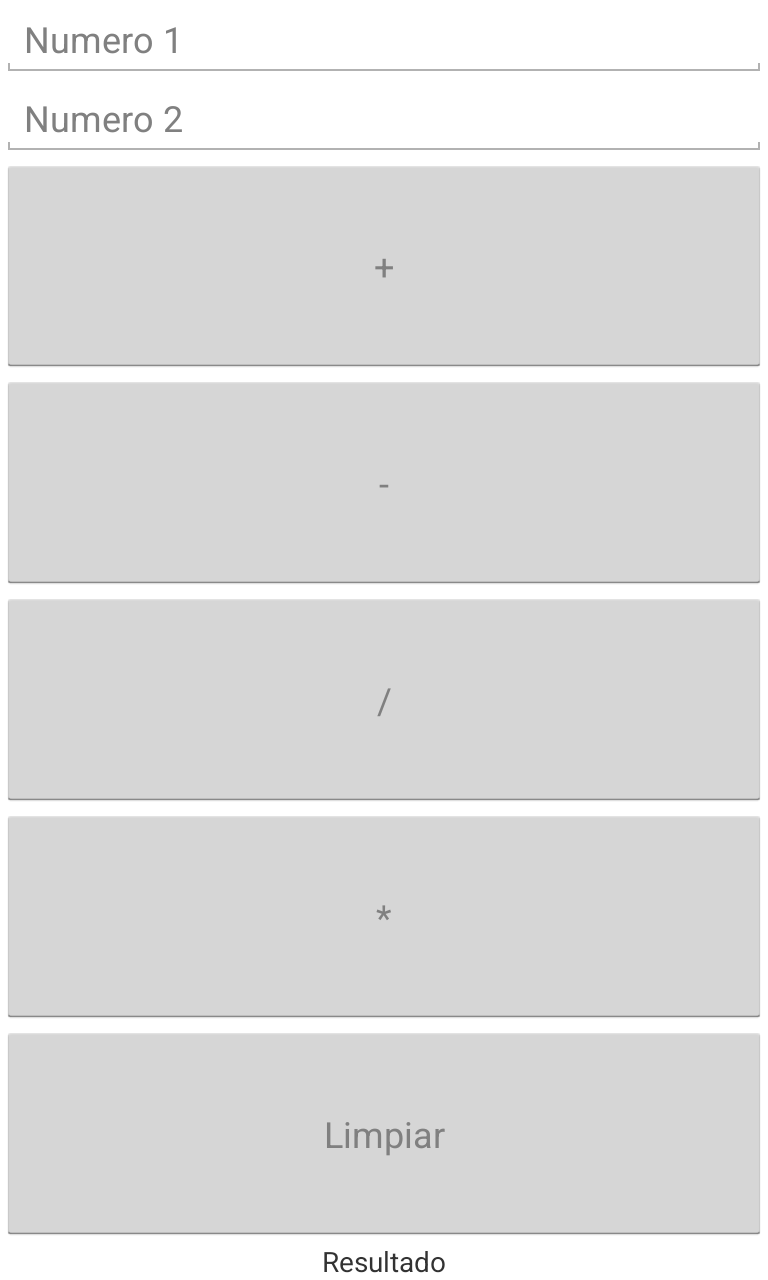
Repository: JonaBogard/ECP3
Layout: Calculadora/Calculadora/res/layout/activity_main.xml
The author's editor kept a copy of each file at every save. The layout is drawn from the files as they stood at one save, then again after the next save.
It is drawn on a 768 x 1280 px phone screen (xhdpi) without system bars, with theme AppTheme; the app's code is not run.

Above is the layout before, as saved 2023-05-16 17:41:34.

### Calculadora/Calculadora/res/layout/activity_main.xml
<LinearLayout xmlns:android="http://schemas.android.com/apk/res/android"
    xmlns:tools="http://schemas.android.com/tools"
    android:layout_width="match_parent"
    android:layout_height="match_parent"
    android:orientation="vertical" >

<EditText
 android:id="@+id/na"
 android:layout_width="match_parent"
 android:layout_height="wrap_content"
 android:hint="Numero 1"/>

 <EditText
 android:id="@+id/nb"
 android:layout_width="match_parent"
 android:layout_height="wrap_content"
 android:hint="Numero 2"/>

 <LinearLayout
 android:layout_width="match_parent"
 android:layout_height="match_parent"
 android:orientation="vertical">

 <Button
 android:id="@+id/suma"
 android:onClick="suma"
 android:layout_width="match_parent"
 android:layout_height="wrap_content"
 android:layout_weight="1"
 android:hint="+" />
 <Button
 android:id="@+id/resta"
 android:onClick="resta"
 android:layout_width="match_parent"
 android:layout_height="wrap_content"
 android:layout_weight="1"
 android:hint="-" />

 <Button
 android:id="@+id/division"
 android:onClick="division"
 android:layout_width="match_parent"
 android:layout_height="wrap_content"
 android:layout_weight="1"
 android:hint="/" />

 <Button
 android:id="@+id/multiplicacion"
 android:onClick="multiplicacion"
 android:layout_width="match_parent"
 android:layout_height="wrap_content"
 android:layout_weight="1"
 android:hint="*" />

 <Button
 android:id="@+id/limpiar"
 android:onClick="multiplicacion"
 android:layout_width="match_parent"
 android:layout_height="wrap_content"
 android:layout_weight="1"
 android:hint="Limpiar" />

<TextView
android:id="@+id/resultado"
android:layout_width="match_parent"
android:gravity="center"
android:layout_height="wrap_content"
android:layout_weight="20px"
android:text="Resultado"/>

</LinearLayout>

</LinearLayout>

Loaded but not shown: Calculadora/Calculadora/res/values/styles.xml (common file); Calculadora/Calculadora/res/values-v11/styles.xml (common file); Calculadora/Calculadora/res/values-v14/styles.xml (common file)

After the next save:
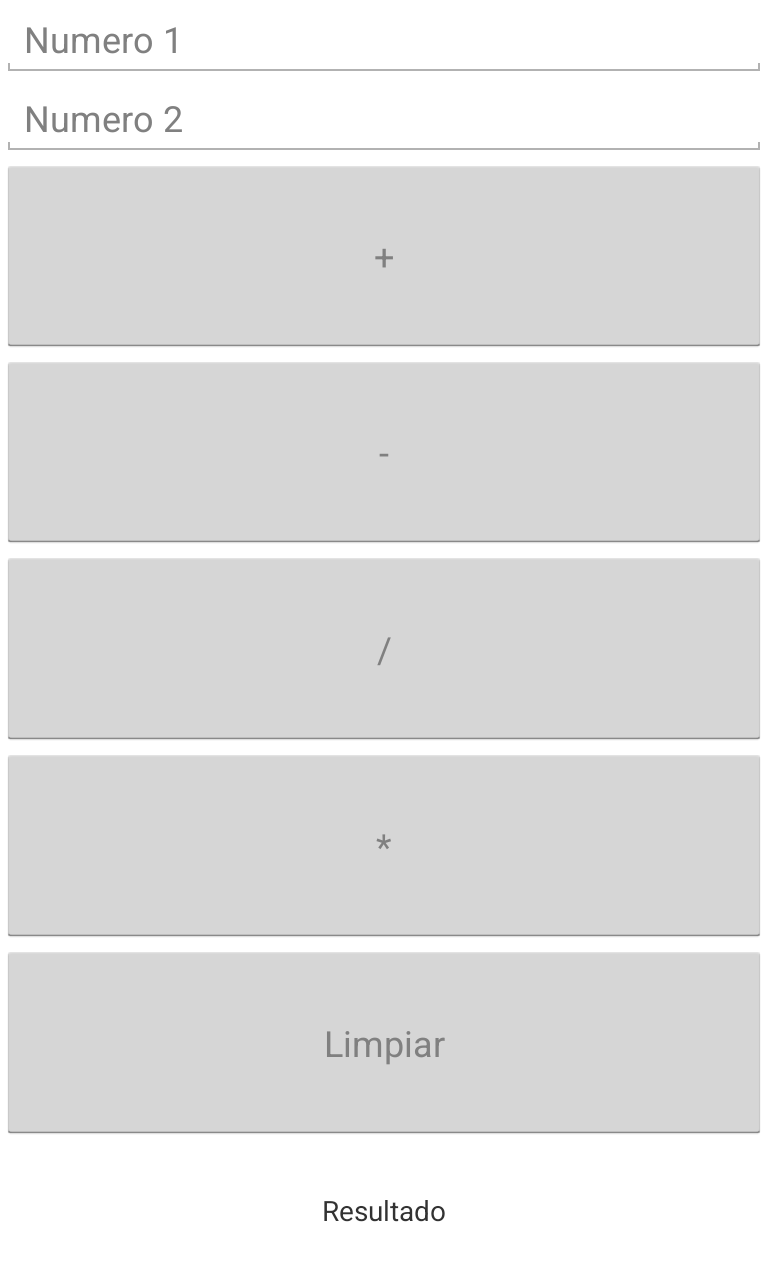
Saved 34 s later.
--- a/Calculadora/Calculadora/res/layout/activity_main.xml
+++ b/Calculadora/Calculadora/res/layout/activity_main.xml
@@ -65,7 +65,7 @@ android:id="@+id/resultado"
 android:layout_width="match_parent"
 android:gravity="center"
 android:layout_height="wrap_content"
-android:layout_weight="20px"
+android:layout_weight="1"
 android:text="Resultado"/>
 
 </LinearLayout>
